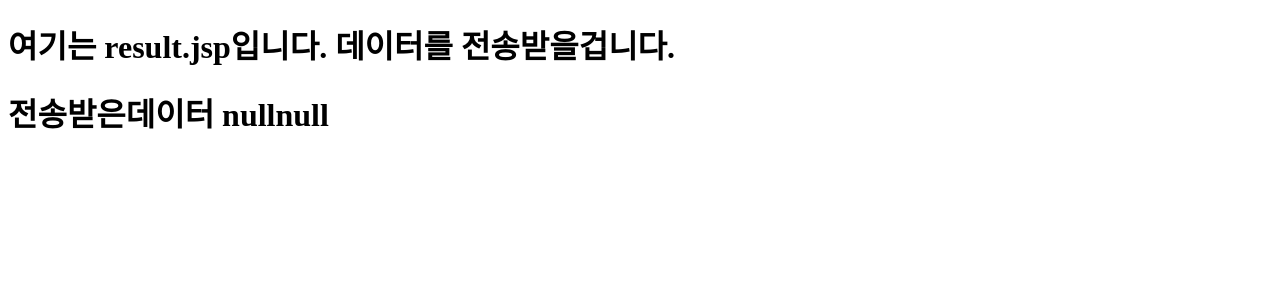
Repository: MySunTY/JSP
Page: http://localhost/JSP03/result.jsp
An editor plug-in stored every save of this project. The page is shown before and after the next save, followed by the edit.
The browser window is 1280 px wide. The pictures show the whole page.
The page is served by Tomcat 9.

Above is the page before, as saved 2024-05-10 00:55:09.

### JSP03/src/main/webapp/result.jsp
<%@ page language="java" contentType="text/html; charset=utf-8"
    pageEncoding="utf-8"%>
<!DOCTYPE html>
<html>
	<head>
		<meta charset="utf-8">
		<title>데이터를 전송받는 페이지</title>
	</head>
	<body>
		<h1>여기는 result.jsp입니다. 데이터를 전송받을겁니다.</h1>
		<%
			String A = request.getParameter("test");
			String B = request.getParameter("num");
			//*5000000000
			//REQUEST : 서버측에 클라이언트가 접속을 요청할 때 전송되는 데이터를 담는 부분
			%>
		<h1>전송받은데이터 <%=A %><%=B %></h1>
	</body>
</html>

After the next save:
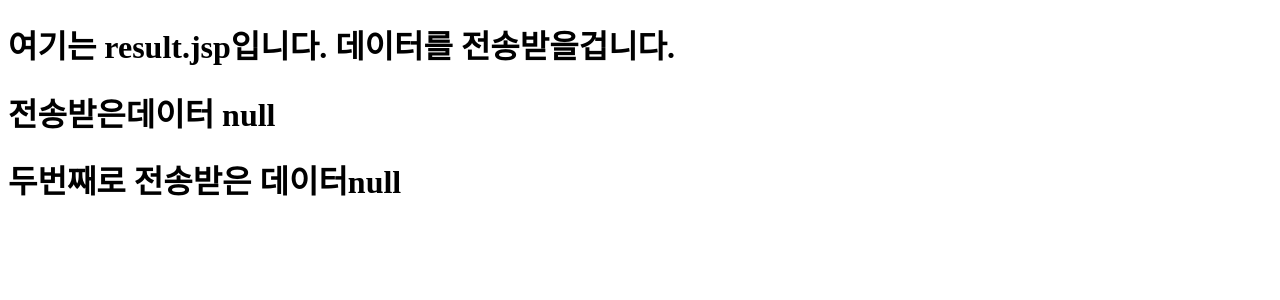
Saved 2 min 7 s later.
--- a/JSP03/src/main/webapp/result.jsp
+++ b/JSP03/src/main/webapp/result.jsp
@@ -14,6 +14,7 @@
 			//*5000000000
 			//REQUEST : 서버측에 클라이언트가 접속을 요청할 때 전송되는 데이터를 담는 부분
 			%>
-		<h1>전송받은데이터 <%=A %><%=B %></h1>
+		<h1>전송받은데이터 <%=A %></h1>
+		<h1>두번째로 전송받은 데이터<%=B %> </h1>
 	</body>
 </html>
